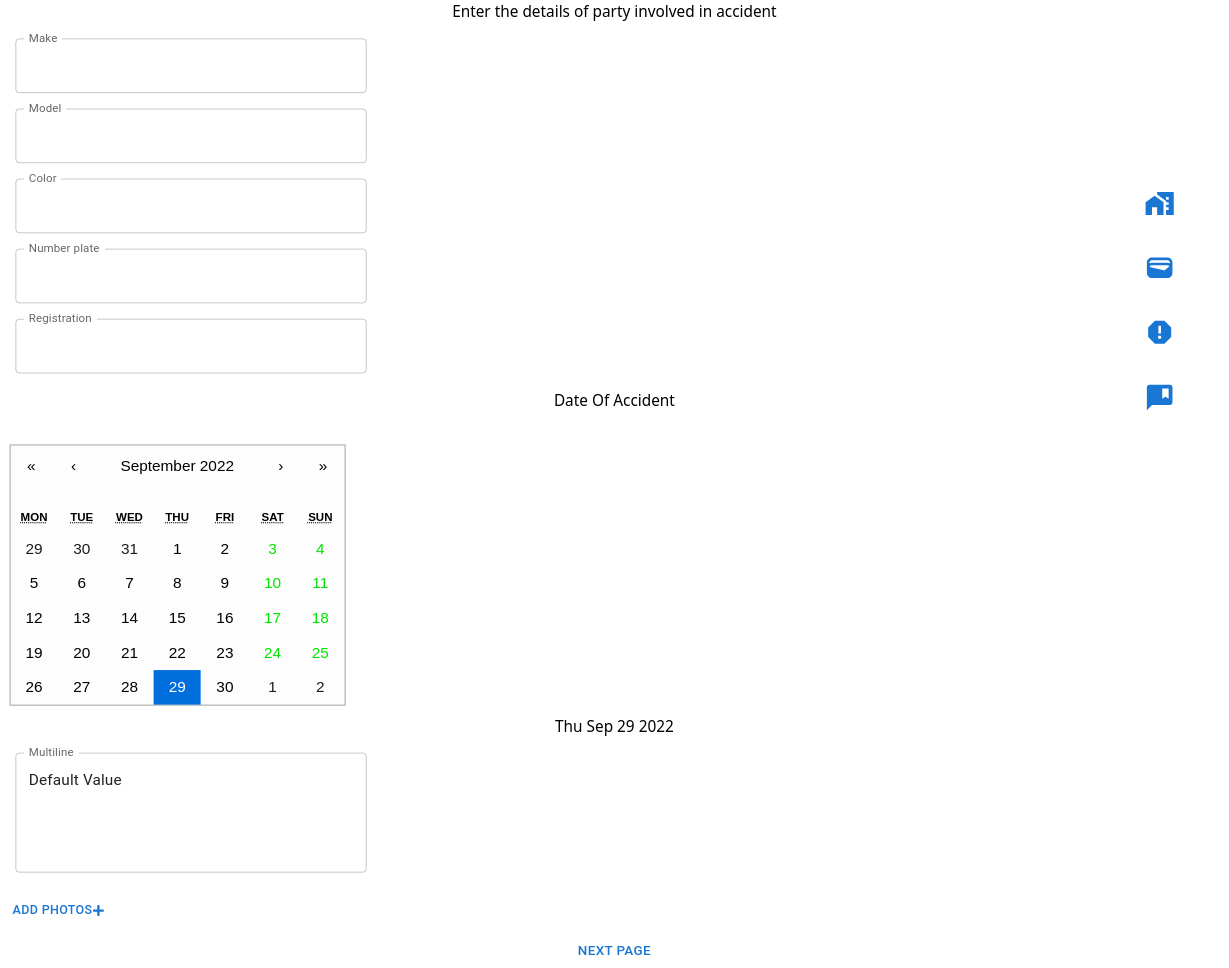
Repository: ALVIN-OBONYO/Xela-smart_insuarance
Page: /report (app in frontend/)
These files come from the project's save history. The page is drawn as it stood at one moment and after a run of saves; the edit follows.
The browser window is 1280 px wide. The pictures show the whole page, at 96% of full size.
The project was rebuilt for these pictures with package versions that can differ from the ones it lists, and the page was loaded fresh each time. Also part of the build but not shown: frontend/src/Services/TruncateAddress.js, frontend/src/Services/Contract.js, frontend/src/Services/transactions.js, frontend/src/Components/Cards.jsx, frontend/src/Pages/Entrypage.jsx, frontend/src/Services/LoginWithEth.js, frontend/src/Pages/Policies.jsx, frontend/src/Pages/ReportInfo.jsx.

Above is the page before, as saved 2022-10-08 08:20:51.

After the next 2 saves:
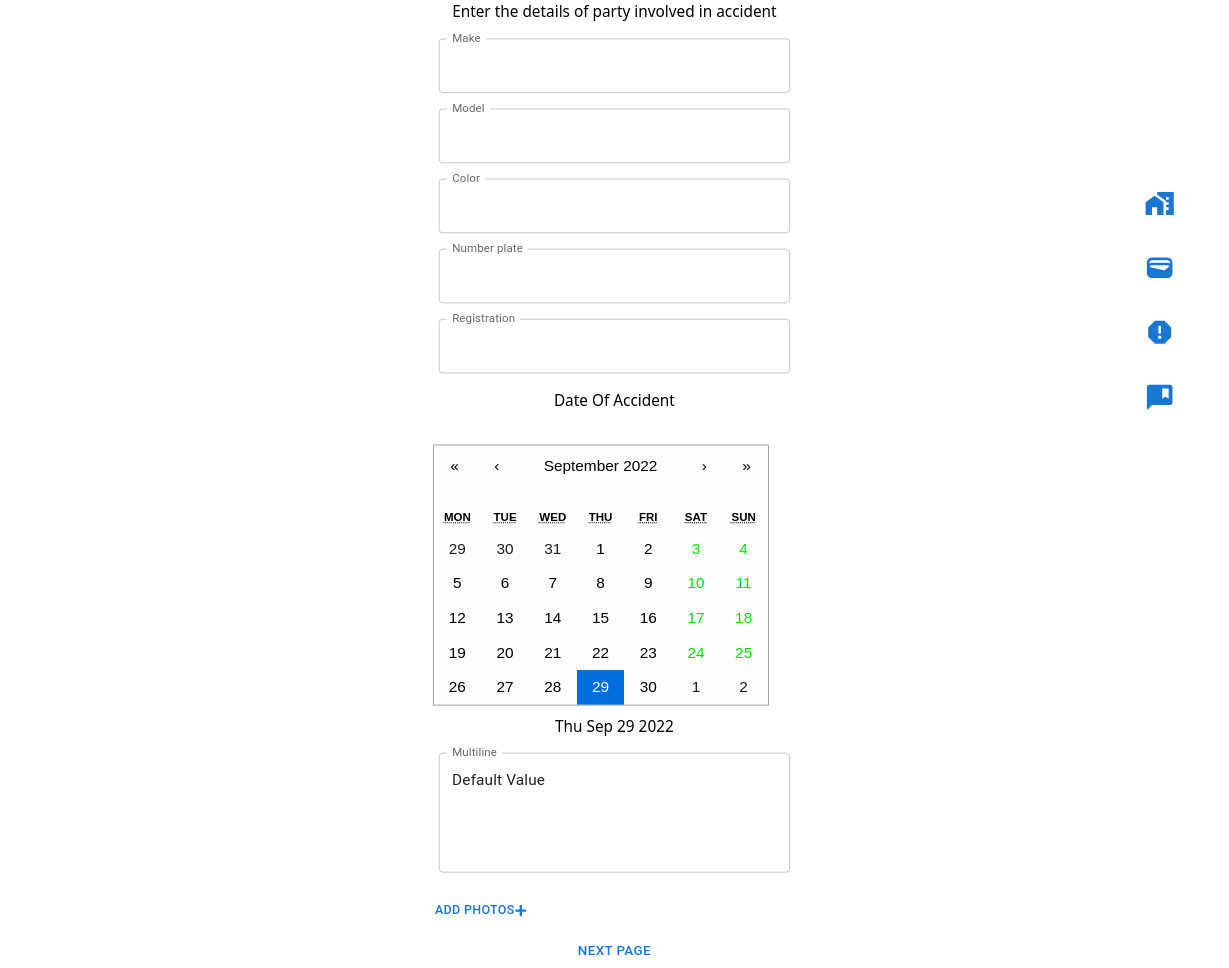
The 2 saves are shown as one change because 1 did not build or start.
The last was saved 3 min 25 s later.
--- a/frontend/src/Pages/ReportForm.jsx
+++ b/frontend/src/Pages/ReportForm.jsx
@@ -1,6 +1,6 @@
 import VehicleForm from "../Components/Input";
 import UploadPhotos from "../Components/Upload";
-import { Button} from "@mui/material"
+import { Button, Box} from "@mui/material"
 import { useNavigate } from "react-router-dom";
 import Sidebar from "../Components/Sidebar"
 const ReportForm = () => {
@@ -10,12 +10,12 @@ const ReportForm = () => {
         navigate("/details")
     }
     return (
-        <>
+        <Box sx={{display: "flex", flexDirection: "column", justifyContent: "center", alignItems: "center"}}>
         <Sidebar />
         <VehicleForm />
         <UploadPhotos />
         <Button onClick={Details}>Next Page</Button>
-        </>
+        </Box>
     )
 }
 
